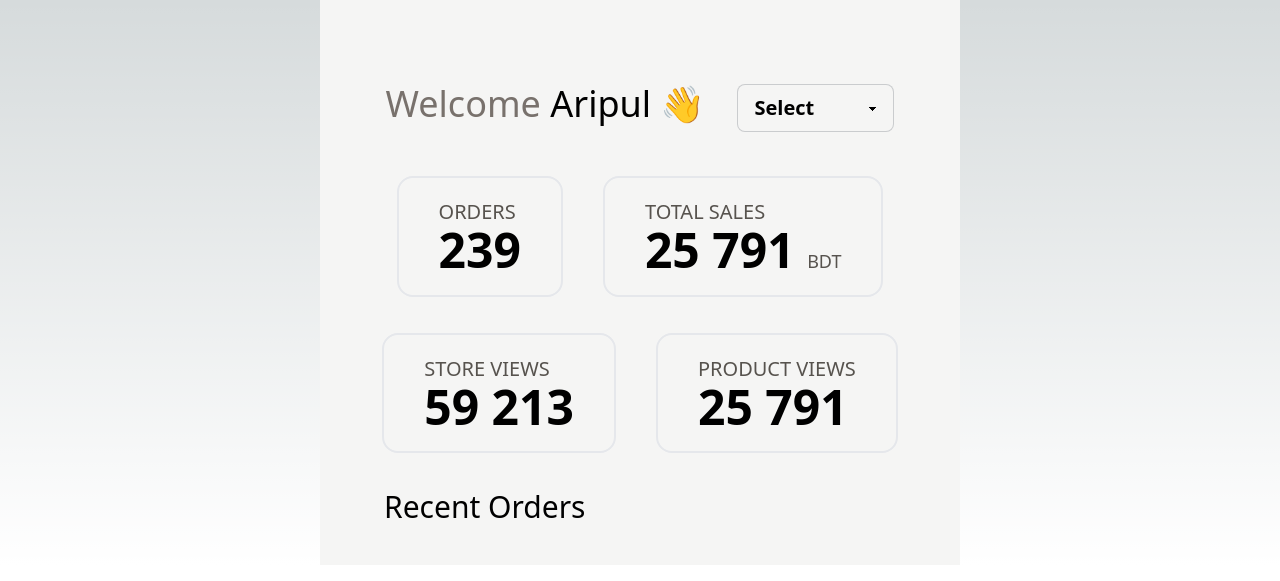
Repository: mehedi9465/nextapp
Page: /Dashboard
An editor plug-in stored every save of this project. The page is shown before and after the next save, followed by the edit.
The browser window is 1280 px wide. The pictures show the whole page.
The project was rebuilt for these pictures with package versions that can differ from the ones it lists, and the page was loaded fresh each time. The framework's server and built-in components were replaced by stand-ins that run in the browser. Also part of the build but not shown: next.config.js, Components/Navbar.js.

Above is the page before, as saved 2023-03-04 15:59:57.

After the next save:
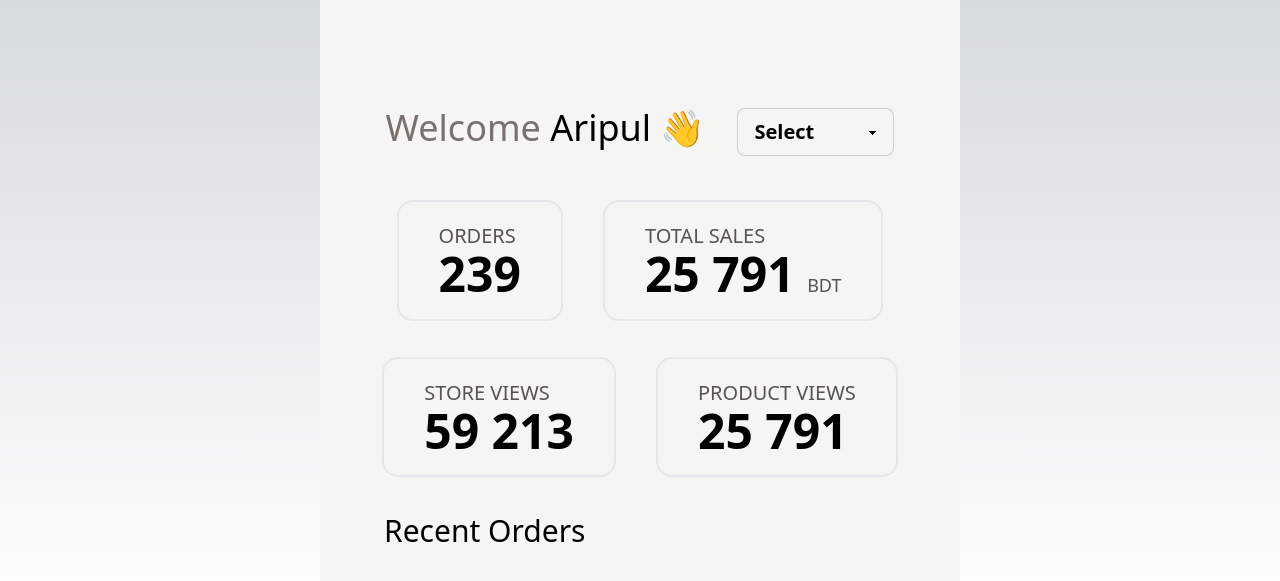
Saved 23 s later.
--- a/pages/Dashboard/index.js
+++ b/pages/Dashboard/index.js
@@ -7,7 +7,7 @@ const index = () => {
     <>
       {/* <Navbar></Navbar> */}
 
-      <div className="max-w-screen-sm py-10 mx-auto bg-stone-100 text-black overflow-hidden">
+      <div className="max-w-screen-sm py-16 mx-auto bg-stone-100 text-black overflow-hidden">
         <div className="flex justify-center py-2 my-9">
           <p className="text-4xl mx-4">
             <span className="text-stone-500">Welcome</span> Aripul 👋
